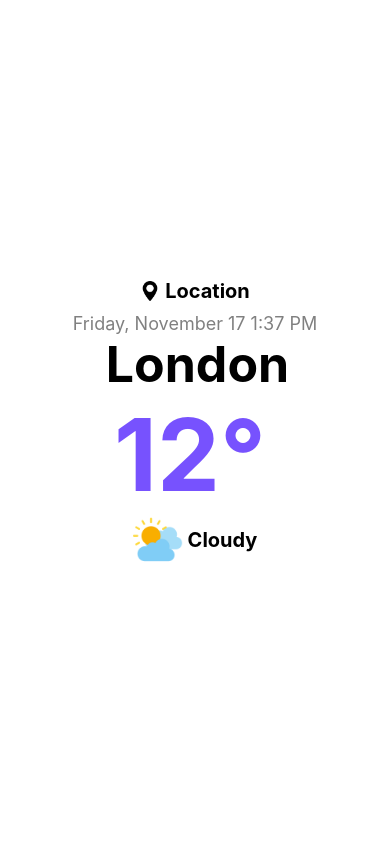
Repository: praveen080/react-native-weatherAppV1
Screen: /
These files come from the project's save history. The screen is drawn as it stood at one moment and after the next save; the edit follows.
The app was drawn by React Native's web renderer in a window 390 px wide. The project was rebuilt for these pictures with package versions that can differ from the ones it lists, and the page was loaded fresh each time. Also part of the build but not shown: Screens/startUp.js.

Above is the screen before, as saved 2023-11-17 13:44:22.

After the next save:
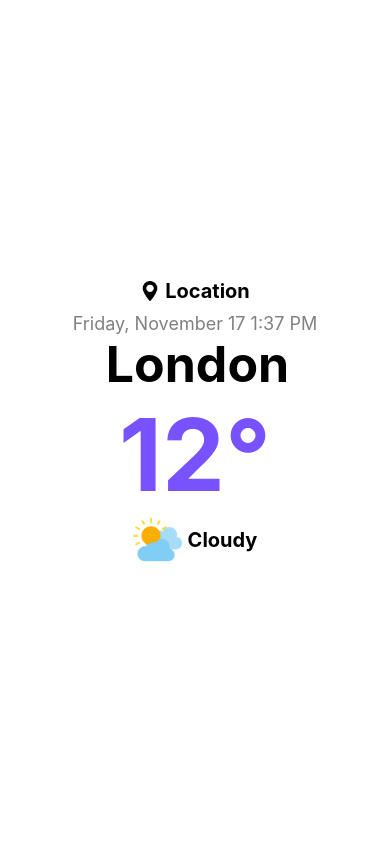
Saved 9 s later.
--- a/Screens/Home.js
+++ b/Screens/Home.js
@@ -90,7 +90,7 @@ export const styles = StyleSheet.create({
   },
   number: {
     fontSize: 100,
-    marginRight: 10,
+    // marginRight: 10,
     fontWeight: "bold",
     color: "#7752FE",
   },
